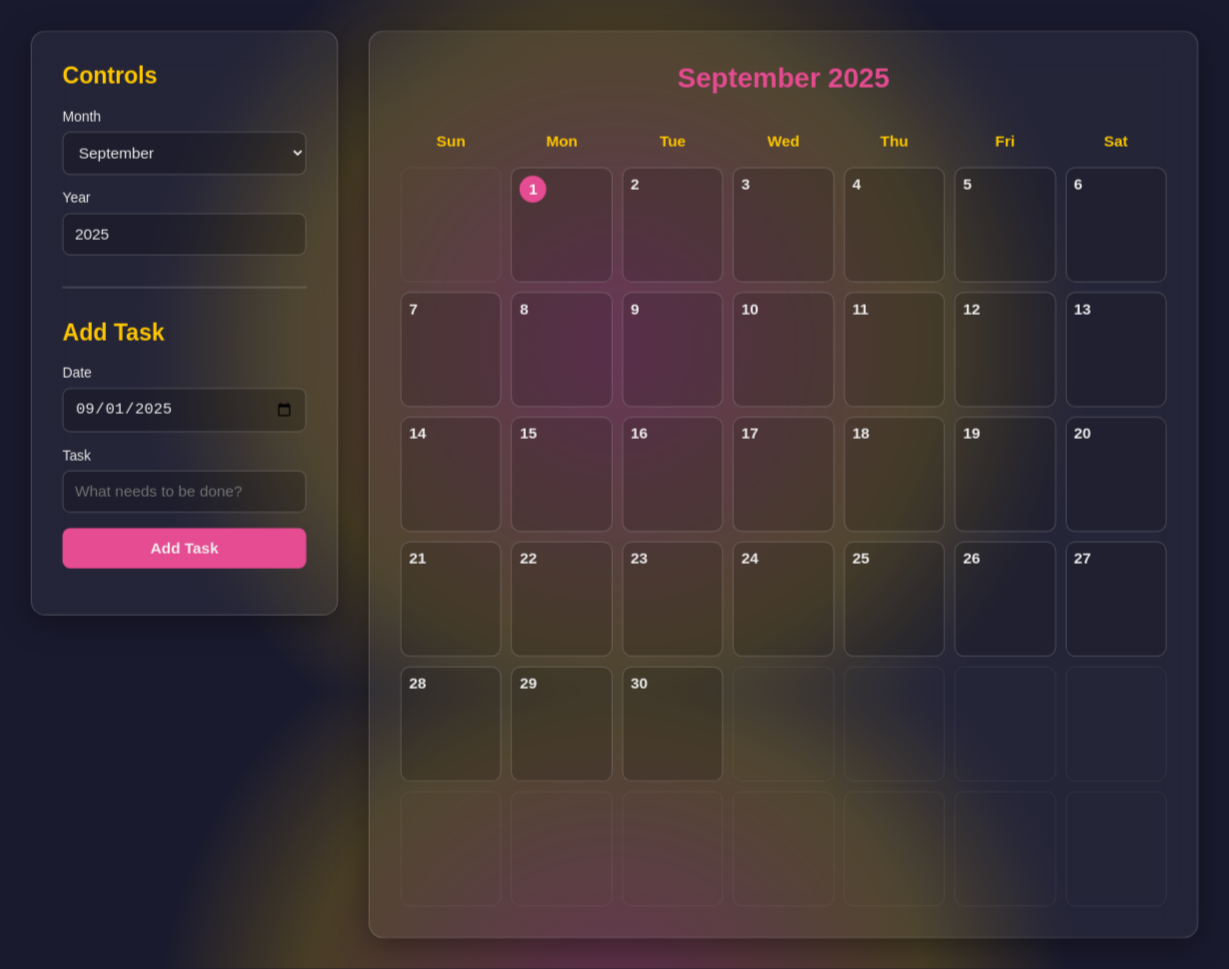
Repository: TanujaNair03/ToDo
Page: static/index.html
These files come from the project's save history. The page is drawn as it stood at one moment and after the next save; the edit follows.
The browser window is 1280 px wide. The pictures show the whole page, at 96% of full size.
The page's requests for data from a server got no answer. Backgrounds fixed to the window are drawn as part of the page.

Above is the page before, as saved 2025-09-01 15:46:34.

After the next save:
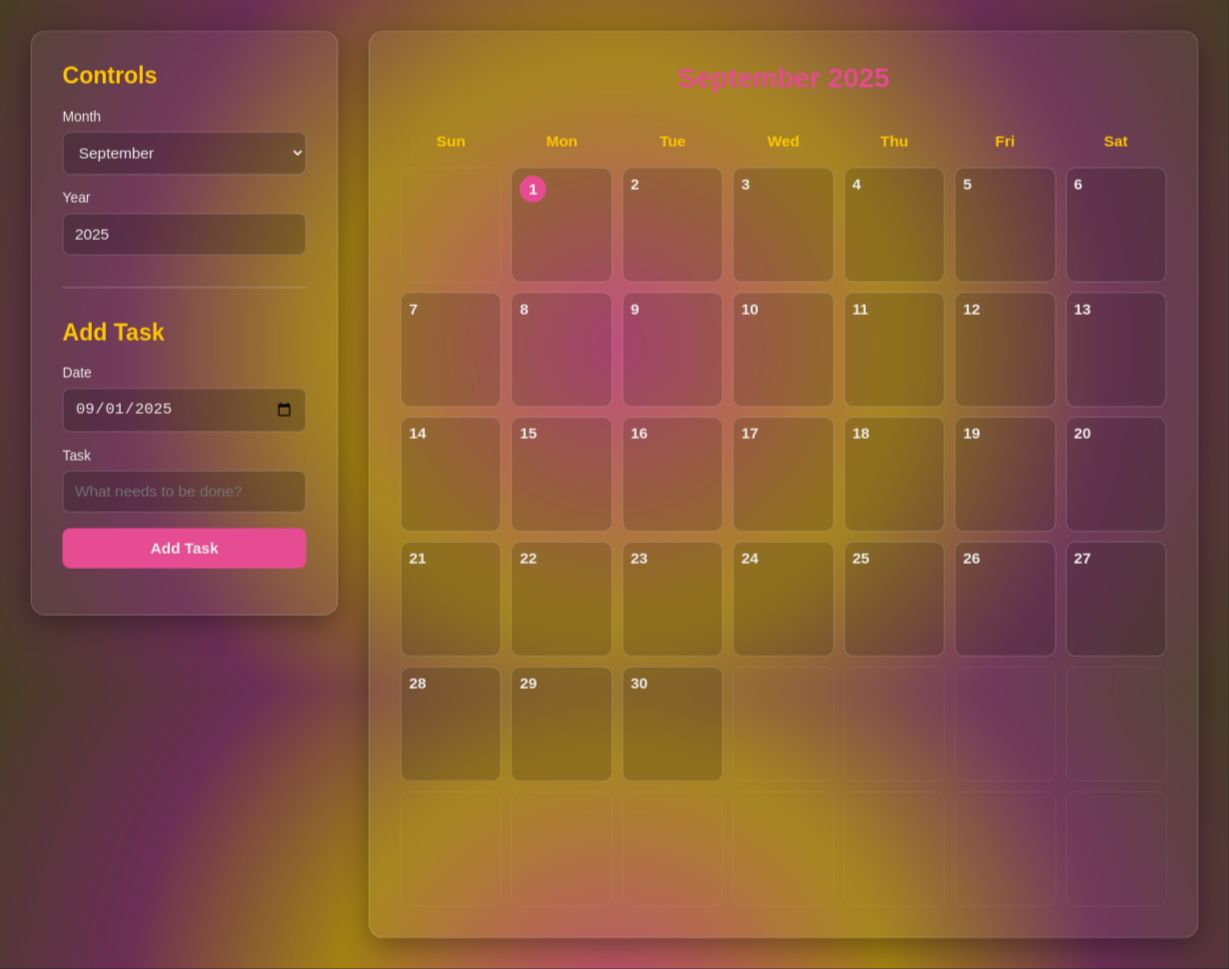
Saved 75 s later.
--- a/static/index.html
+++ b/static/index.html
@@ -24,16 +24,16 @@
             margin: 0;
             padding: 2rem;
             min-height: 100vh;
-            /* A dark purple base for the gradient to blend into */
-            background-color: #1a1a2e;
-            /* The gradient itself: a pink circle, fading to yellow, then transparent */
+            background-color: #1a1a2e; /* Base color */
             background-image: radial-gradient(circle at 50% 50%,
-                rgba(229, 76, 145, 0.35) 0%,  /* Subdued Pink at the center */
-                rgba(255, 200, 0, 0.2) 45%,   /* Subdued Yellow halo */
-                transparent 65%               /* Fades to the dark base color */
+                rgba(229, 76, 145, 0.8) 0%,  /* Vibrant Pink at the center */
+                rgba(255, 200, 0, 0.6) 40%,  /* Warm Yellow halo */
+                rgba(229, 76, 145, 0.4) 70%, /* Faded Pink */
+                rgba(255, 200, 0, 0.2) 100%  /* Faded Yellow */
             );
             background-repeat: no-repeat;
-            background-attachment: fixed; /* Ensures the gradient stays centered */
+            background-attachment: fixed; /* Keeps the gradient fixed */
+            background-size: cover; /* Ensures the gradient covers the entire viewport */
         }
 
         #app {
